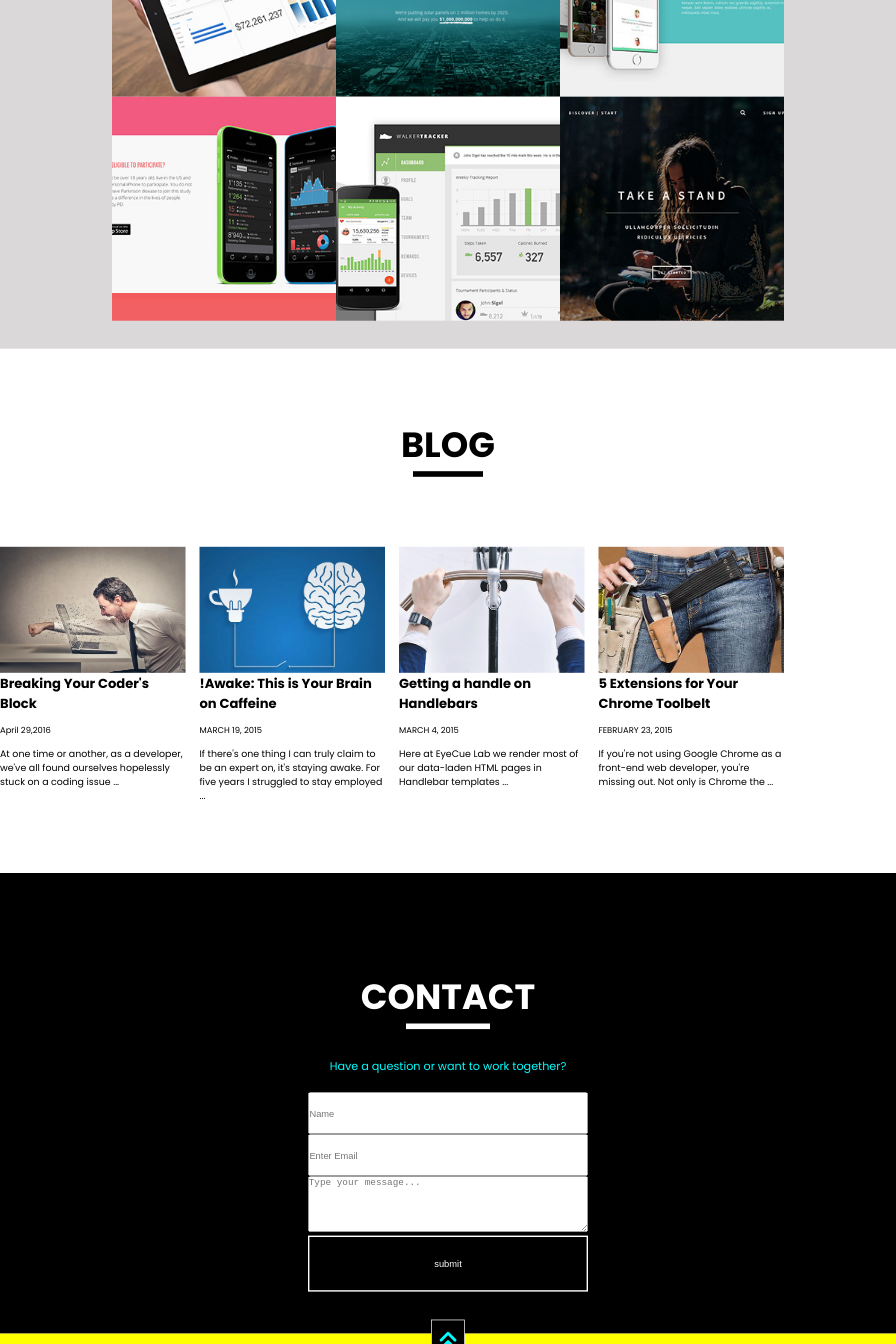
Repository: Ikebobo11/webweb
Page: index.html
These files come from the project's save history. The page is drawn as it stood at one moment and after a run of saves; the edit follows.
The browser window is 1280 px wide. The pictures show the part of the page from y = 2493 to 4413 px (the page is 4615 px tall), at 70% of full size.
Some web libraries are served in a nearby version.

Above is the page before, as saved 2025-07-14 10:53:32.

After the next 2 saves:
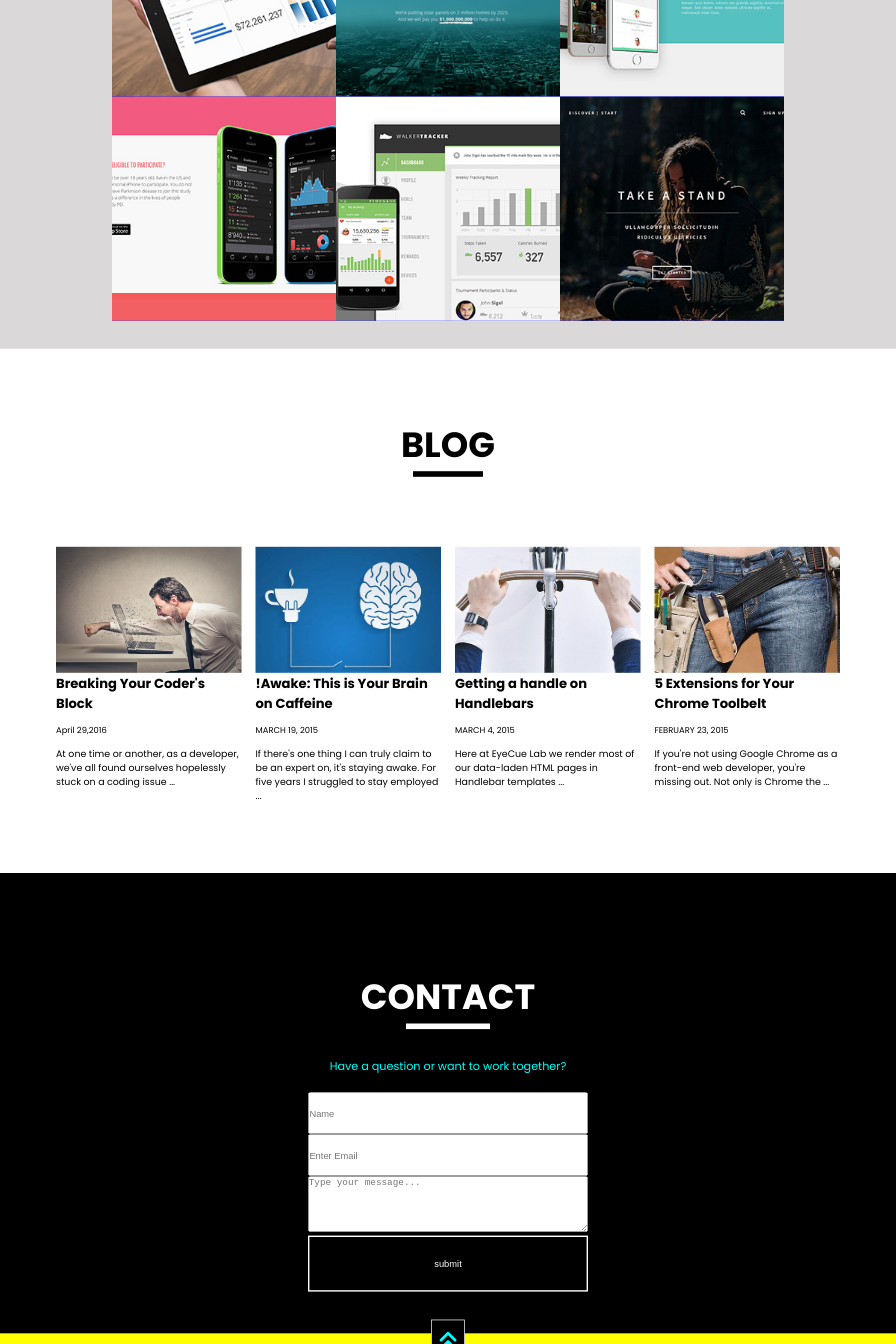
The 2 saves are shown as one change because they came seconds apart.
The last was saved 7 s later.
--- a/style.css
+++ b/style.css
@@ -279,7 +279,7 @@
     gap: 20px;
     padding-block: 100px;
     max-width: 1120px;
-    mar
+    margin-inline: auto;
     @media (max-width:800px) {
         grid-template-columns:1fr 1fr;
         margin-inline: auto;
